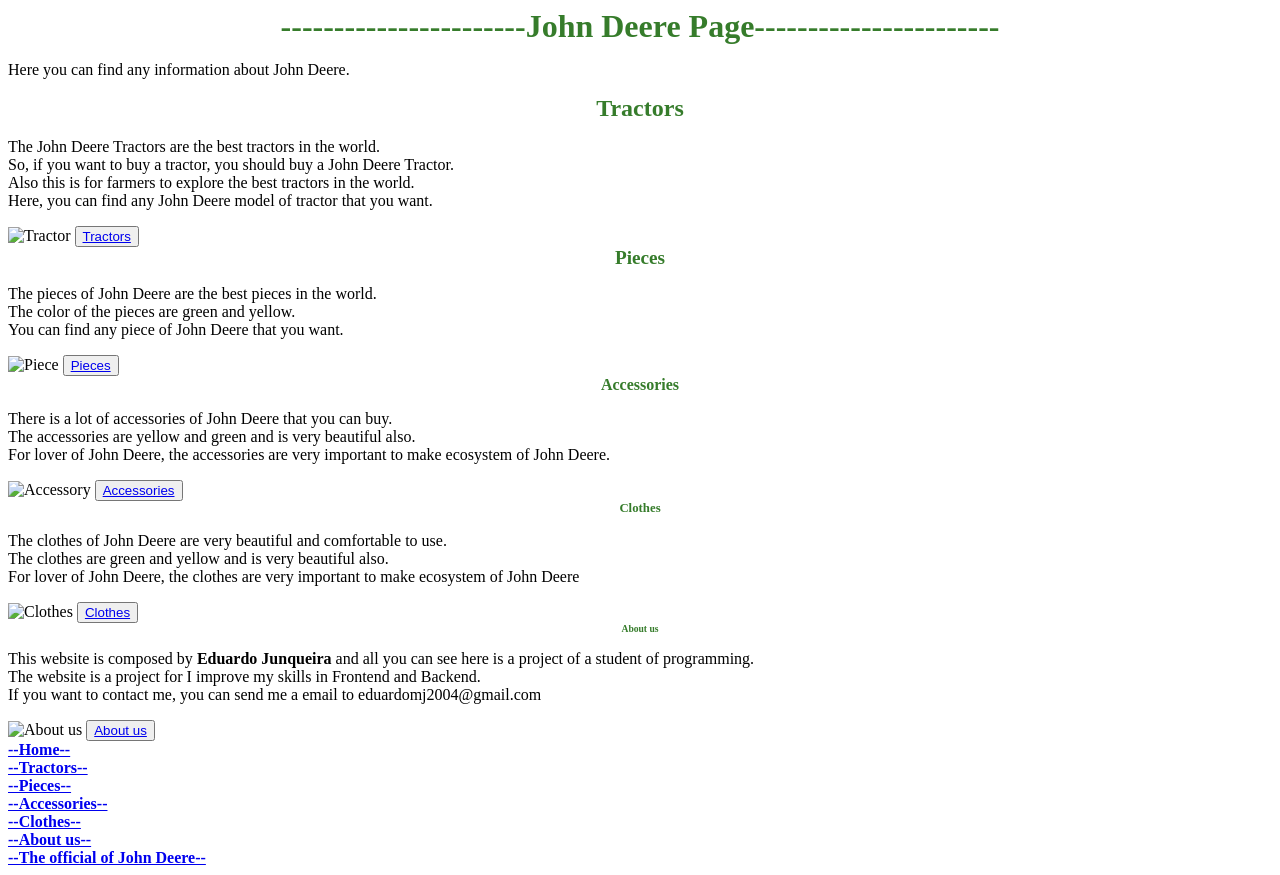
Repository: EduardoJunqueira2004/WEBJohnDeere
Page: HTML/index.html
An editor plug-in stored every save of this project. The page is shown before and after a run of saves, followed by the edit.
The browser window is 1280 px wide. The pictures show the whole page.

Above is the page before, as saved 2024-12-07 15:48:01.

After the next 3 saves:
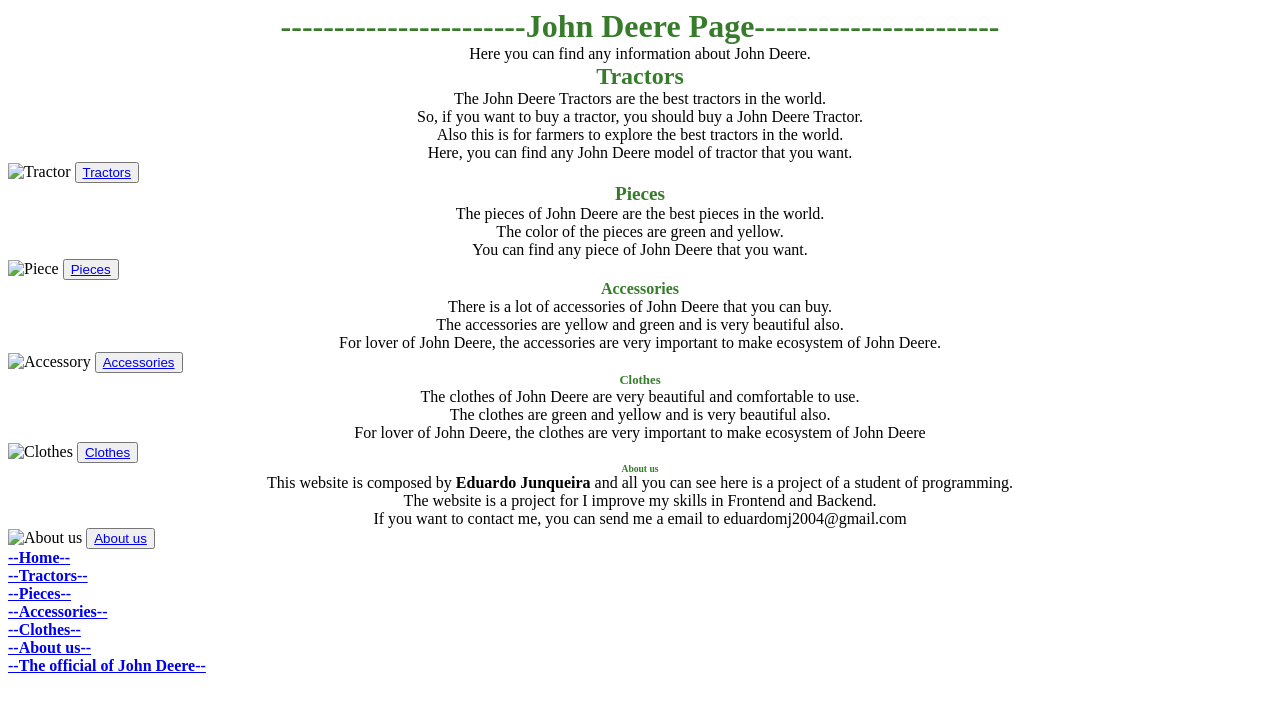
The 3 saves are shown as one change because they came seconds apart.
The last was saved 15 s later.
--- a/CSS/index.css
+++ b/CSS/index.css
@@ -56,3 +56,10 @@
     margin-bottom: 0;
 }
 /*paragraph*/
+p{
+    font-size: 1em;
+    font-weight: left;
+    text-align: center;
+    margin-top: 0;
+    margin-bottom: 0;
+}
